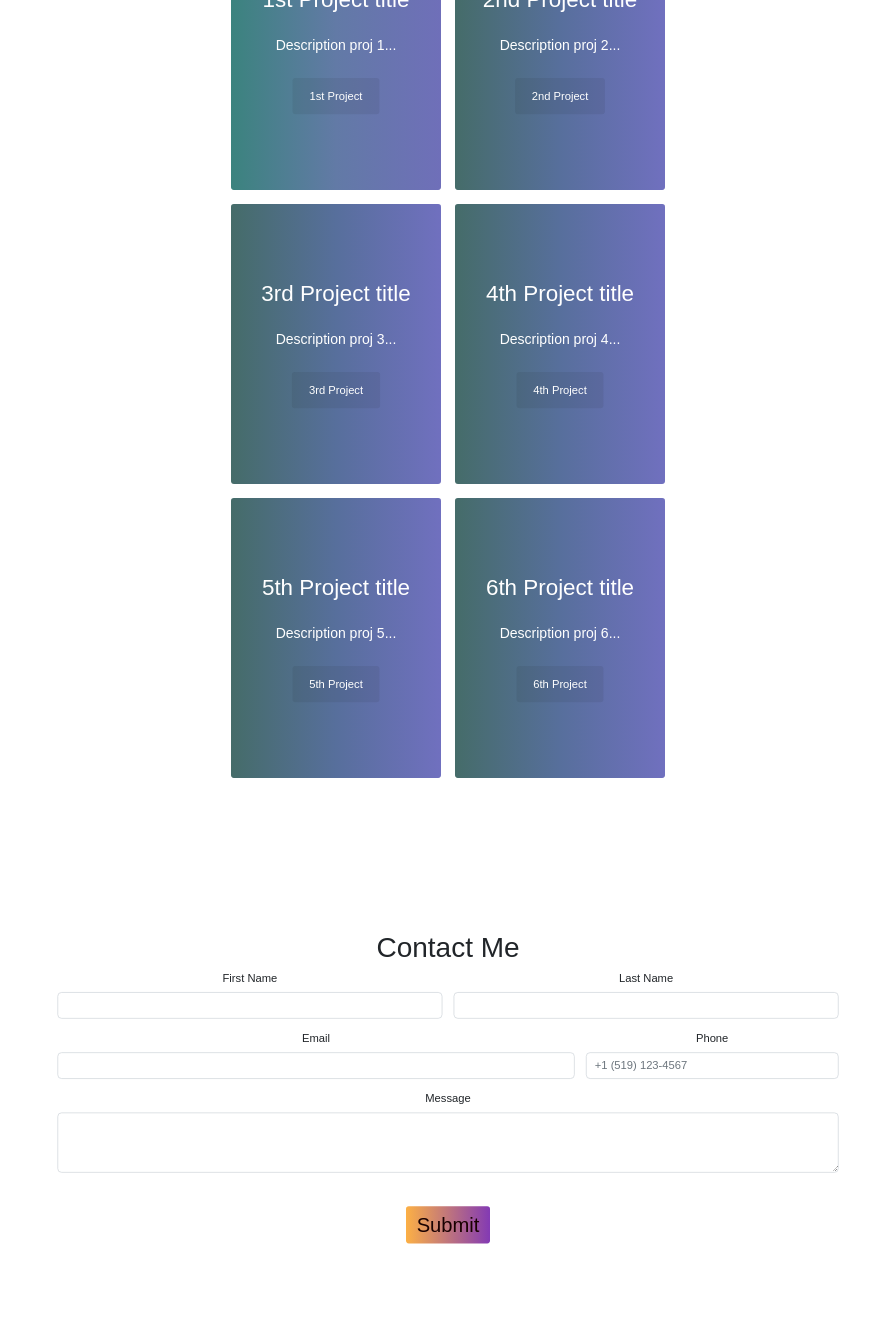
Repository: dvynchi/profile-2022
Page: index.html
The author's editor kept a copy of each file at every save. The page is drawn from the files as they stood at one save, then again after the next save.
The browser window is 1280 px wide. The pictures show the part of the page from y = 1126 to 3046 px (the page is 3046 px tall before and 3022 px after), at 70% of full size.
A picture or video elsewhere on the page could not be fetched, so the positions and the page height are approximate. Some web libraries are served in a nearby version.

Above is the page before, as saved 2022-08-16 14:00:40.

After the next save:
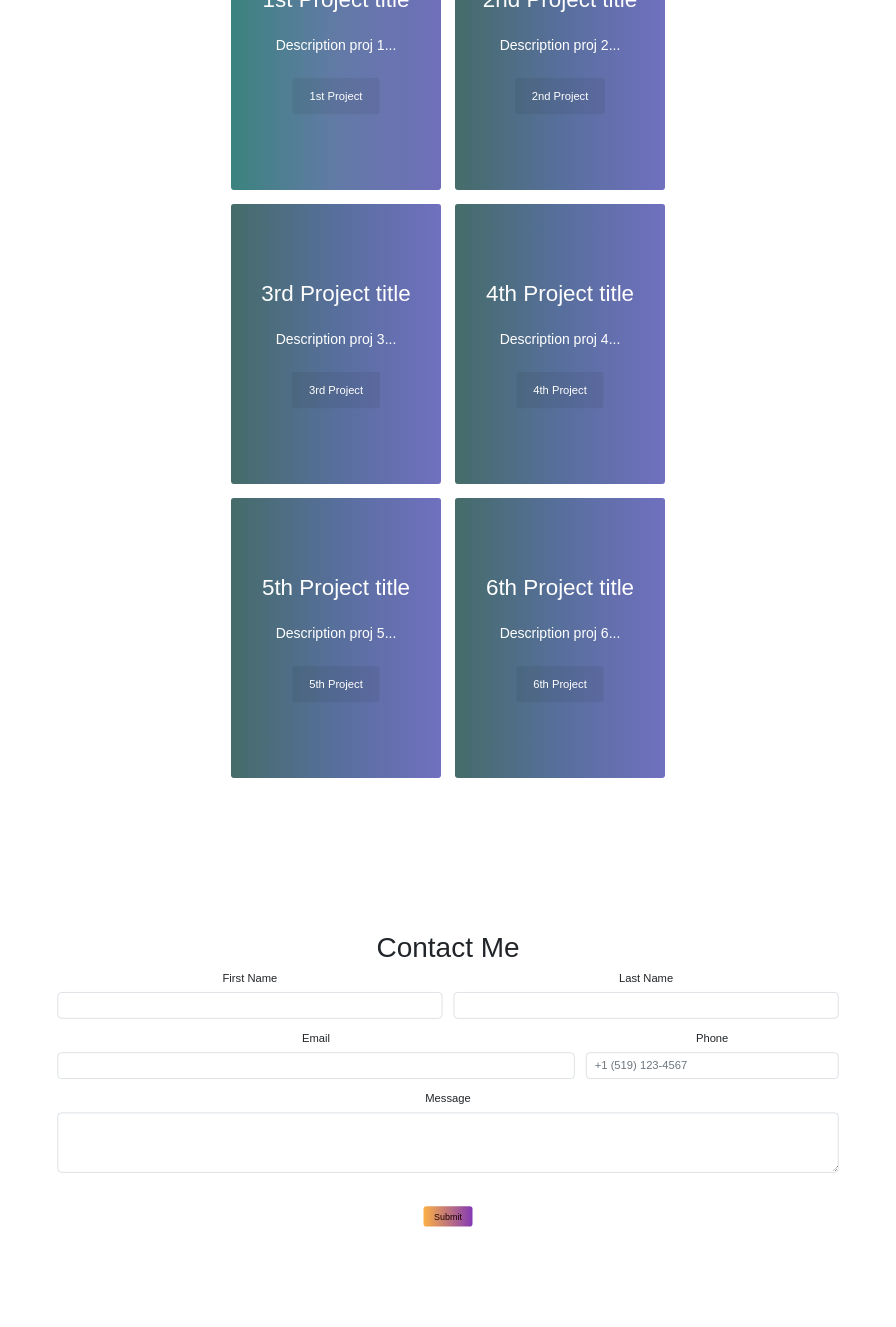
Saved 21 s later.
--- a/styles.css
+++ b/styles.css
@@ -107,7 +107,7 @@
 } */
 
 .submit {
-    font-size: 1.8rem;
+    font-size: 0.8rem;
     background: #201e21;
     background: -webkit-linear-gradient(to right, #fcb045,#833ab4);
     background: linear-gradient(to right, #fcb045,#833ab4);
